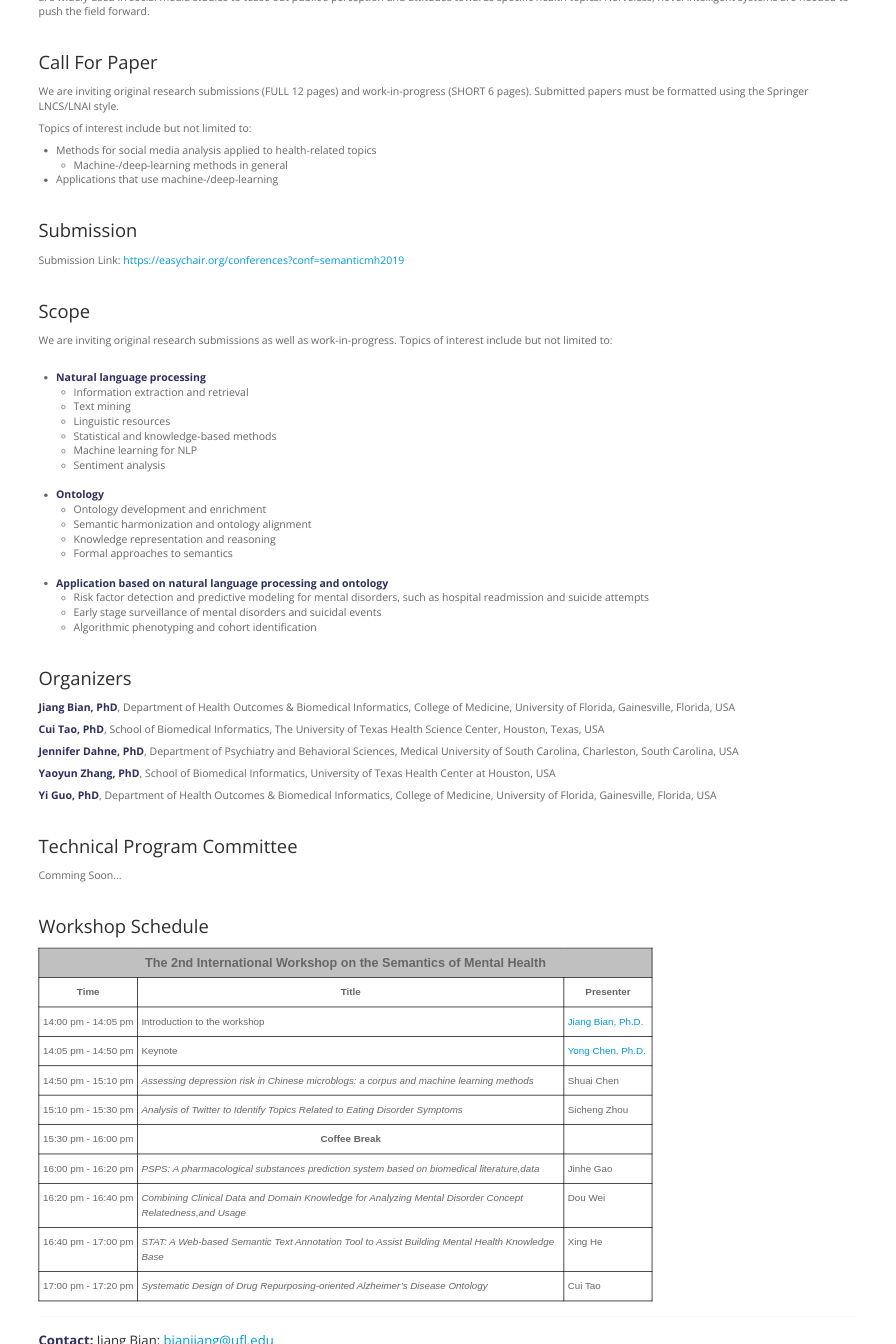
Repository: bianjiang/semantics-powered.org
Page: ISSWHR-2020/index.html
An editor plug-in stored every save of this project. The page is shown before and after the next save, followed by the edit.
The browser window is 1280 px wide. The pictures show the part of the page from y = 700 to 2620 px (the page is 2706 px tall before and 2769 px after), at 70% of full size.
Some web libraries are served in a nearby version.

Above is the page before, as saved 2019-10-26 16:57:06.
Console error (its wording comes from the project's code and is left out).

### ISSWHR-2020/index.html
<!DOCTYPE html>
<!--[if lt IE 7]>      <html class="no-js lt-ie9 lt-ie8 lt-ie7"> <![endif]-->
<!--[if IE 7]>         <html class="no-js lt-ie9 lt-ie8"> <![endif]-->
<!--[if IE 8]>         <html class="no-js lt-ie9"> <![endif]-->
<!--[if gt IE 8]><!-->
<html class="no-js">
<!--<![endif]-->

<head>
  <meta charset="utf-8">
  <meta http-equiv="X-UA-Compatible" content="IE=edge,chrome=1">
  <title></title>
  <meta name="description" content="">
  <meta name="viewport" content="width=device-width">

  <link rel="stylesheet" href="css/bootstrap.min.css">
  <style>
    body {
      padding-top: 60px;
      padding-bottom: 40px;
    }
  </style>
  <link rel="stylesheet" href="css/bootstrap-responsive.min.css">
  <link rel="stylesheet" href="css/main.css">

  <script src="js/vendor/modernizr-2.6.2-respond-1.1.0.min.js"></script>
</head>

<body class="preview" id="top" data-spy="scroll" data-target=".subnav" data-offset="80">
  <!--[if lt IE 7]>
            <p class="chromeframe">You are using an <strong>outdated</strong> browser. Please <a href="http://browsehappy.com/">upgrade your browser</a> or <a href="http://www.google.com/chromeframe/?redirect=true">activate Google Chrome Frame</a> to improve your experience.</p>
        <![endif]-->

  <!-- This code is taken from http://twitter.github.com/bootstrap/examples/hero.html -->

  <div class="navbar navbar-fixed-top">
    <div class="navbar-inner">
      <div class="container">

        <a class="btn btn-navbar" data-toggle="collapse" data-target=".nav-collapse">
                        <span class="icon-bar"></span>
                        <span class="icon-bar"></span>
                        <span class="icon-bar"></span>
                    </a>
        <a class="brand" href="#">&nbsp;</a>
        <div class="nav-collapse collapse">
          <ul class="nav">
            <li class="active"><a href="#">Home</a></li>
            <!--
                            <li><a href="#aboutxx">About</a></li>
                            <li><a href="#contact">Contact</a></li>
                            -->
          </ul>
        </div>

      </div>

    </div>
  </div>

  <div class="container">

    <!-- Main hero unit for a primary marketing message or call to action -->
    <!--
            <div class="hero-unit">
                <h1>Hello, world!</h1>
                <p>This is a template for a simple marketing or informational website. It includes a large callout called the hero unit and three supporting pieces of content. Use it as a starting point to create something more unique.</p>
                <p><a class="btn btn-primary btn-large">Learn more &raquo;</a></p>
            </div>
            -->
    <!-- Masthead
================================================== -->
    <header class="jumbotron subhead" id="overview">
      <div class="row">
        <div class="span12">
          <br/>
          <h2>Intelligent Systems in Social Web and Health Research 2020 (ISSWHR 2020)</h2>
          <p>In conjunction with the <a href="https://jsasaki3.wixsite.com/ieaaie2020" target="_blank">The 33th International Conference on Industrial, Engineering & Other Applications of Applied Intelligent Systems</a> (IEA/AIE 2020)</p>
          <p>To be held in Kitakyushu, Japan</p>
          <p>July 21-24, 2020</p>
        </div>
        <div class="span6">
          <!--
      <div class="bsa well">
          <div id="bsap_1277971" class="bsarocks bsap_c466df00a3cd5ee8568b5c4983b6bb19"></div>
      </div>
    -->
        </div>
      </div>
      <div class="subnav">
        <ul class="nav nav-pills">
          <li><a href="#history">History</a></li>
          <li><a href="#overview">Overview</a></li>
          <!-- <li><a href="#audience">Audience</a></li> -->
          <li><a href="#callforpaper">Call For Paper</a></li>
          <li><a href="#submissions">Submission</a></li>
          <!-- <li><a href="#rational">Rational</a></li>
          <li><a href="#workshopstructure">Workshop Structure</a></li> -->
          <!-- <li><a href="#publicity">Publicity</a></li> -->
          <li><a href="#scope">Scope</a></li>
          <li><a href="#organizers">Organizers</a></li>
          <li><a href="#techprogcom">Technical Program Committee</a></li>
        </ul>
      </div>
    </header>

    <!-- <section id="History">
      <div class="row">
        <div class="span12">
          <h3>History</h3>
          <p>The 1st International Workshop on the Semantics of Mental Health (SemanticMH 2018) was successfully organized and hosted in conjunction with the sixth IEEE International Conference on Healthcare Informatics (ICHI 2018) on June 7th, 2018 in New York City, NY, USA.  Overall, we received 7 high quality submissions and we accepted 6 of them.  The accepted papers were published in the IEEE ICHI 2018 workshop proceedings; and we invited the authors of these 6 accepted papers to submit an extended journal version to a special issue (“Special Issue: Semantics of Mental Health”) in the Health Informatics Journal (IF 3.021).
           All authors presented their work in ICHI 2018; and we have invited two keynote speakers (i.e., Drs. Jessie Tenenbaum and Piper Ranallo) from the Mental Health Informatics Working Group (WG) of the American Medical Informatics Association (AMIA) to present a report from the WG titled, “Mental Health Informatics and Knowledge Representation.”  Overall, SemanticsMH 2018 was highly successful and facilitated the exchange of scholar ideas from a group of interdisciplinary researches.
        </p>
        </div>
      </div>
    </section> -->

    <section id="overview">
      <div class="row">
        <div class="span12">
          <h3>Overview</h3>
          <p>Many health behaviors and decisions, despite being an individual choice, are often influenced by social and cultural context.  As people's activities and communication on the Web increase, information about their social activities and interactions become more available.  User-generated contents on the social web including Twitter, Facebook, Instagram, web sites, and blogs, as well as the future semantic web, afford us enormous opportunity for health-related research.  Today’s researchers are mining these big datasets for patterns and trends that can lead to new hypotheses, new discoveries, and new interventions.  How can you tap into the wealth of social web data to understand the intersections of individual behaviors, social-environmental factors, and social interactions to answer scientific questions?  How can you leverage the new communication landscape (Internet penetration, online communities, social media, and wikis) to design health interventions and improve measurement of outcomes (e.g., clinical trial recruitment, risk perception, decision making, and attitudes)?

            Nevertheless, there are also numerous challenges in using social web data for health-related research.  For example, social web users are different from the general population.  Twitter users are younger than the general population.  Thus, the representativeness of social media populations should be carefully considered when interpreting study findings.  The presence of bots and fake accounts may also distort the representativeness of our findings.  Further, the way how social media data are collected may lead to variations in the sampling units in social media studies, which may lead to data selection bias.  An adequate understanding of the inherent limitations in social media data is always important.

            Many social media and health related studies leverage state-of-the-art machine-/deep-learning methods and tools.  For example, sentiment analysis and topic modeling approaches are widely used in social media studies to tease out public’s perception and attitudes towards specific health topics.  Nerveless, novel intelligent systems are needed to push the field forward.
            </p>
        </div>
      </div>
    </section>

    <!-- <section id="audience">
      <div class="row">
        <div class="span12">
          <h3>Audience</h3>
          <p>The goal of this workshop is to bring experts in the field of natural language processing, knowledge representation, knowledge management, and health data analytics to discuss innovative analytical methods, applications, and tools to address problems in mental health.
        </p>
        </div>
      </div>
    </section> -->

    <section id="callforpaper">
      <div class="row">
        <div class="span12">
          <h3>Call For Paper</h3>
          <p>We are inviting original research submissions (FULL 12 pages) and work-in-progress (SHORT 6 pages).  Submitted papers must be formatted using the Springer LNCS/LNAI style.</p>
          <p>Topics of interest include but not limited to:</p>
          <ul>
            <li>Methods for social media analysis applied to health-related topics
              <ul>
                <li>Machine-/deep-learning methods in general</li>
              </ul>
            </li>
            <li>Applications that use machine-/deep-learning</li>
          </ul>
        </div>
      </div>
    </section>

    <section id="submissions">
      <div class="row">
        <div class="span12">
          <h3>Submission</h3>
          <p>Submission Link: <a href="https://easychair.org/conferences?conf=semanticmh2019" target="_blank">https://easychair.org/conferences?conf=semanticmh2019</a></p>
        </div>
      </div>
    </section>
    <!-- <section id="rational">
      <div class="row">
        <div class="span12">
          <h3>Rational</h3>
          <p>Our proposed workshop aims to provide an international platform for the researchers and scientists in the mental health communities to demonstrate research progresses, share ideas, address questions, and promote collaborations for better representation and analysis of mental health-related terminologies and clinical and research data.
        </p>
        </div>
      </div>
    </section> -->

    <!-- <section id="workshopstructure">
      <div class="row">
        <div class="span12">
          <h3>Workshop Structure</h3>
          <p>We propose a half-day SemanticMH workshop for this year. We will arrange 3 hours for paper presentations and 1 hour for extensive discussions. Different sessions will be arranged based on the topics of presentations. Depending on the number of papers accepted for presentation, each paper presentation will be restricted to 10-25 minutes for a full-length paper, and 5-15 minutes for a short-length paper. All the papers will be submitted and handled through EasyChair and go through peer reviews by at least two reviewers. After the full papers are accepted, we will work with the Health Informatics editors and reviewers to decide which papers will be formally invited for extension to be included in a thematic series in the Health Informatics journal.
        </p>
        </div>
      </div>
    </section>


    <section id="publicity">
      <div class="row">
        <div class="span12">
          <h3>Publicity</h3>
          <p>Various methods will be used for advertisement, including: (i) posting in email mailing lists and through private emails; (ii) creating a workshop discussion email list address and using it for sharing news and posting, (iii) posting in influential websites, (iv) phone calls to colleagues and friends who may be interested, (v) generating a workshop website dedicated to this event, and inviting potential attendees to visit, and (vi) generating a social networking website in LinkedIn to attract public attention, participation, and discussion. The main difference between the workshop website and the LinkedIn website will be that the workshop website is dedicated for posting the workshop information, and the LinkedIn website is used for social networking.
        </p>
        </div>
      </div>
    </section> -->

    <section id="scope">

      <div class="row">
        <div class="span12">
          <h3>Scope</h3>
          <p>We are inviting original research submissions as well as work-in-progress.
            Topics of interest include but not limited to:
          </p>
          <br>
          <ul>
            <li>
              <b>Natural language processing</b>
              <ul>
                <li>Information extraction and retrieval </li>
                <li>Text mining</li>
                <li>Linguistic resources</li>
                <li>Statistical and knowledge-based methods</li>
                <li>Machine learning for NLP</li>
                <li>Sentiment analysis</li>
              </ul>
            </li>
            <br>
            <li>
              <b>Ontology</b>
              <ul>
                <li>Ontology development and enrichment </li>
                <li>Semantic harmonization and ontology alignment</li>
                <li>Knowledge representation and reasoning</li>
                <li>Formal approaches to semantics</li>
              </ul>
            </li>
            <br>
            <li>
              <b>Application based on natural language processing and ontology</b>
              <ul>
                <li>Risk factor detection and predictive modeling for mental disorders, such as hospital readmission and suicide attempts</li>
                <li>Early stage surveillance of mental disorders and suicidal events </li>
                <li>Algorithmic phenotyping and cohort identification </li>
              </ul>
            </li>
          </ul>


        </div>
      </div>
    </section>

    <section id="organizers">
      <div class="row">
        <div class="span12">
          <h3>Organizers</h3>
          <p><b>Jiang Bian, PhD</b>, Department of Health Outcomes & Biomedical Informatics, College of Medicine, University of Florida, Gainesville, Florida, USA</p>
          <p><b>Cui Tao, PhD</b>, School of Biomedical Informatics, The University of Texas Health Science Center, Houston, Texas, USA</p>
          <p><b>Jennifer Dahne, PhD</b>, Department of Psychiatry and Behavioral Sciences, Medical University of South Carolina, Charleston, South Carolina, USA</p>
          <p><b>Yaoyun Zhang, PhD</b>, School of Biomedical Informatics, University of Texas Health Center at Houston, USA</p></p>
          <p><b>Yi Guo, PhD</b>, Department of Health Outcomes & Biomedical Informatics, College of Medicine, University of Florida, Gainesville, Florida, USA</p></p>
        </div>
      </div>
    </section>

    <section id="techprogcom">
      <div class="row">
        <div class="span12">
          <h3>Technical Program Committee</h3>
          <p>Comming Soon...</p>
        </div>
      </div>
    </section>

    <section id="schedule">
      <div class="row">
        <div class="span12">
          <h3>Workshop Schedule</h3>
          <div>
            <style type="text/css">
              .tg  {border-collapse:collapse;border-spacing:0;}
              .tg td{font-family:Arial, sans-serif;font-size:14px;padding:10px 5px;border-style:solid;border-width:1px;overflow:hidden;word-break:normal;border-color:black;}
              .tg th{font-family:Arial, sans-serif;font-size:14px;font-weight:normal;padding:10px 5px;border-style:solid;border-width:1px;overflow:hidden;word-break:normal;border-color:black;}
              .tg .tg-s6z2{text-align:center}
              .tg .tg-baqh{text-align:center;vertical-align:top}
              .tg .tg-j8xs{font-weight:bold;font-size:18px;background-color:#c0c0c0;text-align:center;vertical-align:top}
              .tg .tg-hgcj{font-weight:bold;text-align:center}
              .tg .tg-amwm{font-weight:bold;text-align:center;vertical-align:top}
              .tg .tg-s268{text-align:left}
              .tg .tg-0lax{text-align:left;vertical-align:top}
              .tg .tg-8zwo{font-style:italic;text-align:left;vertical-align:top}
              </style>
              <table class="tg" style="undefined;table-layout:fixed;width:876px;">
              <colgroup>
              <col style="width: 141px">
              <col style="width: 609px">
              <col style="width: 126px">
              </colgroup>
                <tr>
                  <th class="tg-j8xs" colspan="3">The 2nd International Workshop on the Semantics of Mental Health</th>
                </tr>
                <tr>
                  <td class="tg-hgcj">Time</td>
                  <td class="tg-hgcj">Title</td>
                  <td class="tg-amwm">Presenter</td>
                </tr>
                <tr>
                  <td class="tg-s6z2">14:00 pm - 14:05 pm</td>
                  <td class="tg-s268">Introduction to the workshop</td>
                  <td class="tg-0lax"><a target="_blank" href="https://hobi.med.ufl.edu/about/faculty-directory-2/bian-jiang/">Jiang Bian, Ph.D.</a></td>
                </tr>
                <tr>
                  <td class="tg-s6z2">14:05 pm - 14:50 pm</td>
                  <td class="tg-s268">Keynote</td>
                  <td class="tg-0lax"><a target="_blank" href="https://dbe.med.upenn.edu/biostat-research/YongChen">Yong Chen, Ph.D.</a></td>
                </tr>
                <tr>
                  <td class="tg-baqh">14:50 pm - 15:10 pm</td>
                  <td class="tg-8zwo">Assessing depression risk in Chinese microblogs: a corpus and machine learning methods</td>
                  <td class="tg-0lax">Shuai Chen</td>
                </tr>
                <tr>
                  <td class="tg-baqh">15:10 pm - 15:30 pm</td>
                  <td class="tg-8zwo">Analysis of Twitter to Identify Topics Related to Eating Disorder Symptoms</td>
                  <td class="tg-0lax">Sicheng Zhou</td>
                </tr>
                <tr>
                  <td class="tg-baqh">15:30 pm - 16:00 pm</td>
                  <td class="tg-amwm">Coffee Break</td>
                  <td class="tg-0lax"></td>
                </tr>
                <tr>
                  <td class="tg-baqh">16:00 pm - 16:20 pm</td>
                  <td class="tg-8zwo">PSPS: A pharmacological substances prediction system based on biomedical literature,data</td>
                  <td class="tg-0lax">Jinhe Gao</td>
                </tr>
                <tr>
                  <td class="tg-baqh">16:20 pm - 16:40 pm</td>
                  <td class="tg-8zwo">Combining Clinical Data and Domain Knowledge for Analyzing Mental Disorder Concept Relatedness,and Usage</td>
                  <td class="tg-0lax">Dou Wei</td>
                </tr>
                <tr>
                  <td class="tg-baqh">16:40 pm - 17:00 pm</td>
                  <td class="tg-8zwo">STAT: A Web-based Semantic Text Annotation Tool to Assist Building Mental Health Knowledge Base</td>
                  <td class="tg-0lax">Xing He</td>
                </tr>
                <tr>
                  <td class="tg-baqh">17:00 pm - 17:20 pm</td>
                  <td class="tg-8zwo">Systematic Design of Drug Repurposing-oriented Alzheimer’s Disease Ontology</td>
                  <td class="tg-0lax">Cui Tao</td>
                </tr>
              </table>
          </div>
        </div>
      </div>
    </section>
    <hr>
    <h4><b>Contact:</b> Jiang Bian; <a href="mailto:bianjiang@ufl.edu">bianjiang@ufl.edu</a></h4>
    <footer>
      <p>&copy; SemanticMH 2019</p>
    </footer>

  </div>
  <!-- /container -->

  <script src="//ajax.googleapis.com/ajax/libs/jquery/1.9.1/jquery.min.js"></script>
  <script>
    window.jQuery || document.write('<script src="js/vendor/jquery-1.9.1.min.js"><\/script>')
  </script>

  <script src="js/vendor/bootstrap.min.js"></script>

  <script src="js/plugins.js"></script>
  <script src="js/main.js"></script>
  <script>
      (function (i, s, o, g, r, a, m) {
i['GoogleAnalyticsObject'] = r; i[r] = i[r] || function () {
        (i[r].q = i[r].q || []).push(arguments)
      }, i[r].l = 1 * new Date(); a = s.createElement(o),
        m = s.getElementsByTagName(o)[0]; a.async = 1; a.src = g; m.parentNode.insertBefore(a, m)
      })(window, document, 'script', 'https://www.google-analytics.com/analytics.js', 'ga');

    ga('create', 'UA-50982144-4', 'auto');
    ga('send', 'pageview');
  </script>
</body>

</html>

Loaded but not shown: ISSWHR-2020/css/bootstrap.min.css (library); ISSWHR-2020/css/bootstrap-responsive.min.css (library); ISSWHR-2020/js/vendor/modernizr-2.6.2-respond-1.1.0.min.js (library); ISSWHR-2020/js/vendor/bootstrap.min.js (library); ISSWHR-2020/js/main.js (95 lines, source omitted); ISSWHR-2020/js/plugins.js (24 lines, source omitted); ISSWHR-2020/css/main.css (463 lines, source omitted)

After the next save:
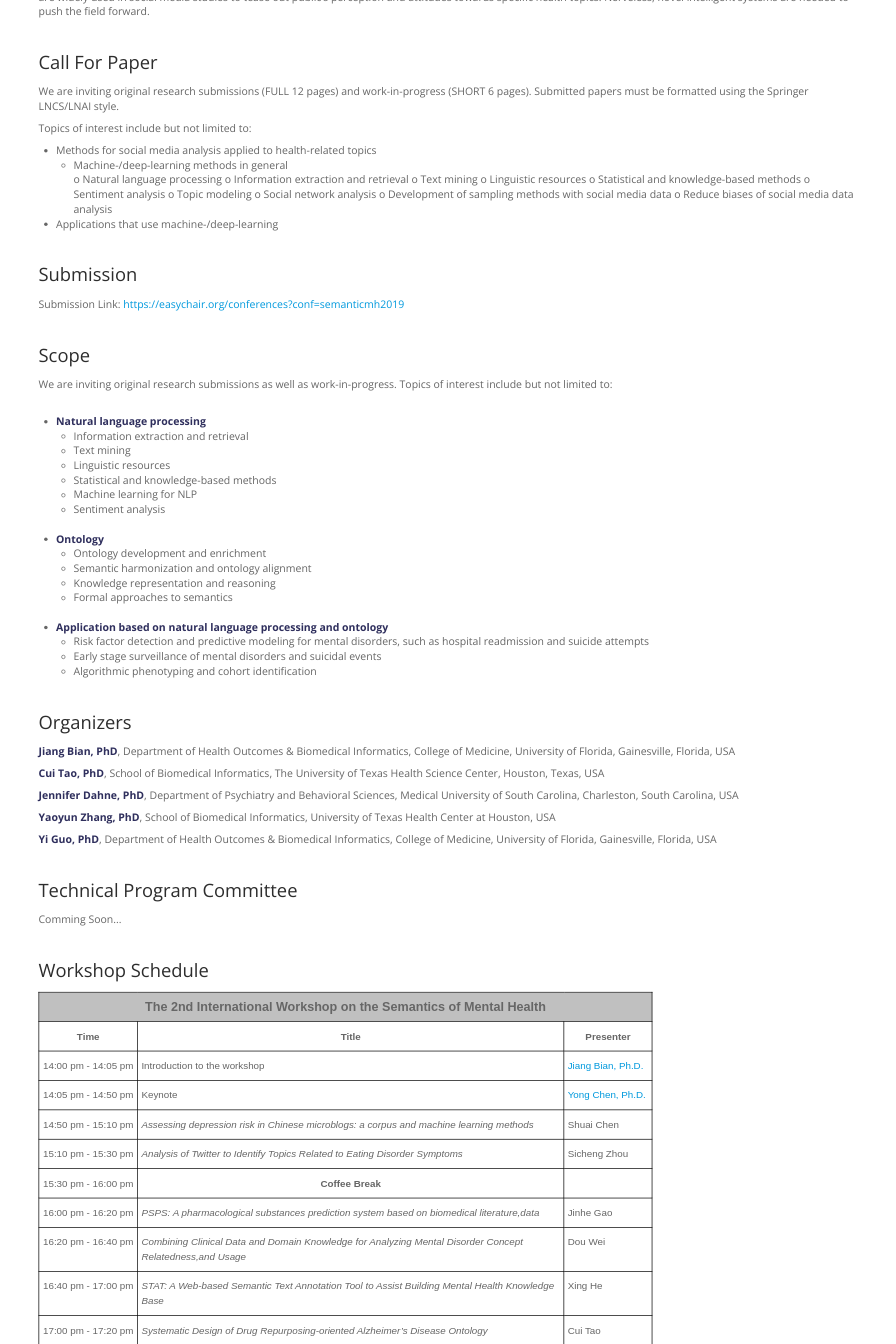
Saved 31 s later.
--- a/ISSWHR-2020/index.html
+++ b/ISSWHR-2020/index.html
@@ -149,6 +149,17 @@
             <li>Methods for social media analysis applied to health-related topics
               <ul>
                 <li>Machine-/deep-learning methods in general</li>
+                o	Natural language processing
+o	Information extraction and retrieval
+o	Text mining
+o	Linguistic resources
+o	Statistical and knowledge-based methods
+o	Sentiment analysis
+o	Topic modeling
+o	Social network analysis
+o	Development of sampling methods with social media data
+o	Reduce biases of social media data analysis
+
               </ul>
             </li>
             <li>Applications that use machine-/deep-learning</li>
